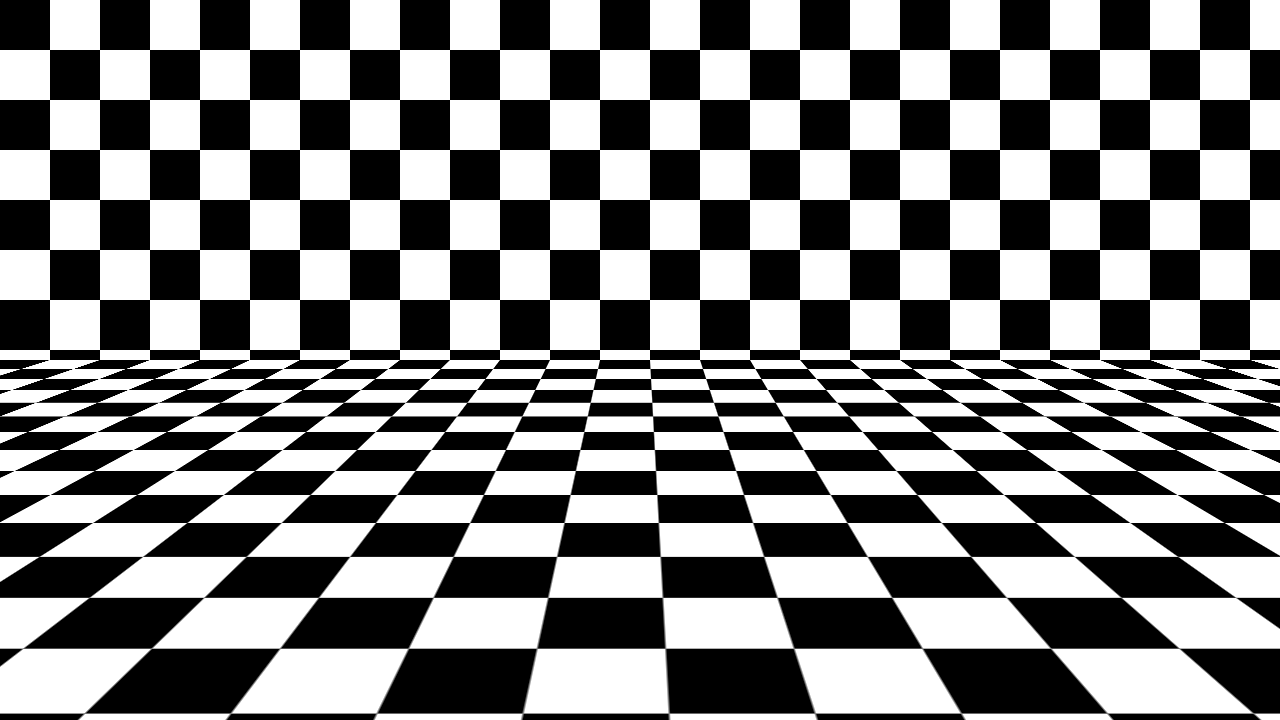
Repository: atwesson/portfoilo
Page: index.html
These files come from the project's save history. The page is drawn as it stood at one moment and after the next save; the edit follows.
The browser window is 1280 px wide. The pictures show the whole page.

Above is the page before, as saved 2021-11-17 10:13:45.

After the next save:
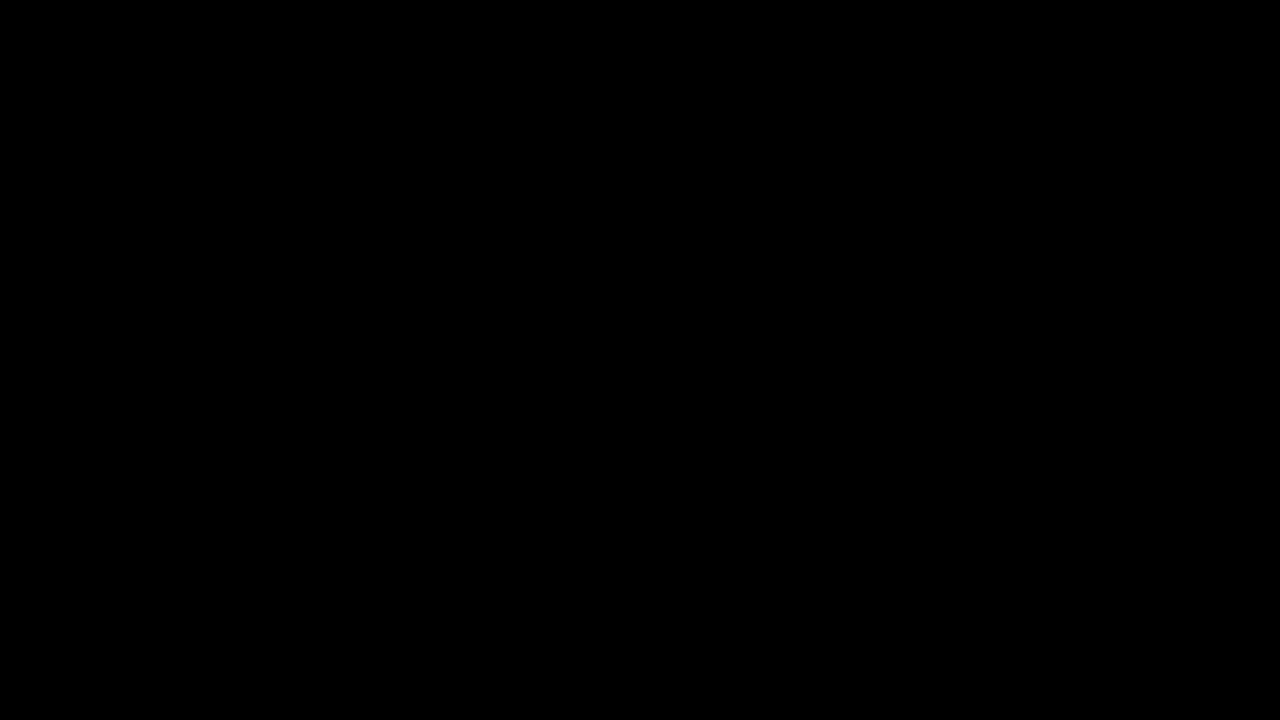
Saved 24 s later.
--- a/style.css
+++ b/style.css
@@ -24,7 +24,7 @@
     width: 100%;
     height: 50vh;
     background-color: black;
-    background: url(/assets/check.jpg);
+
     background-size: 100px 100px;
 }
 .pattern .face.face2{

After the 3 saves that followed:
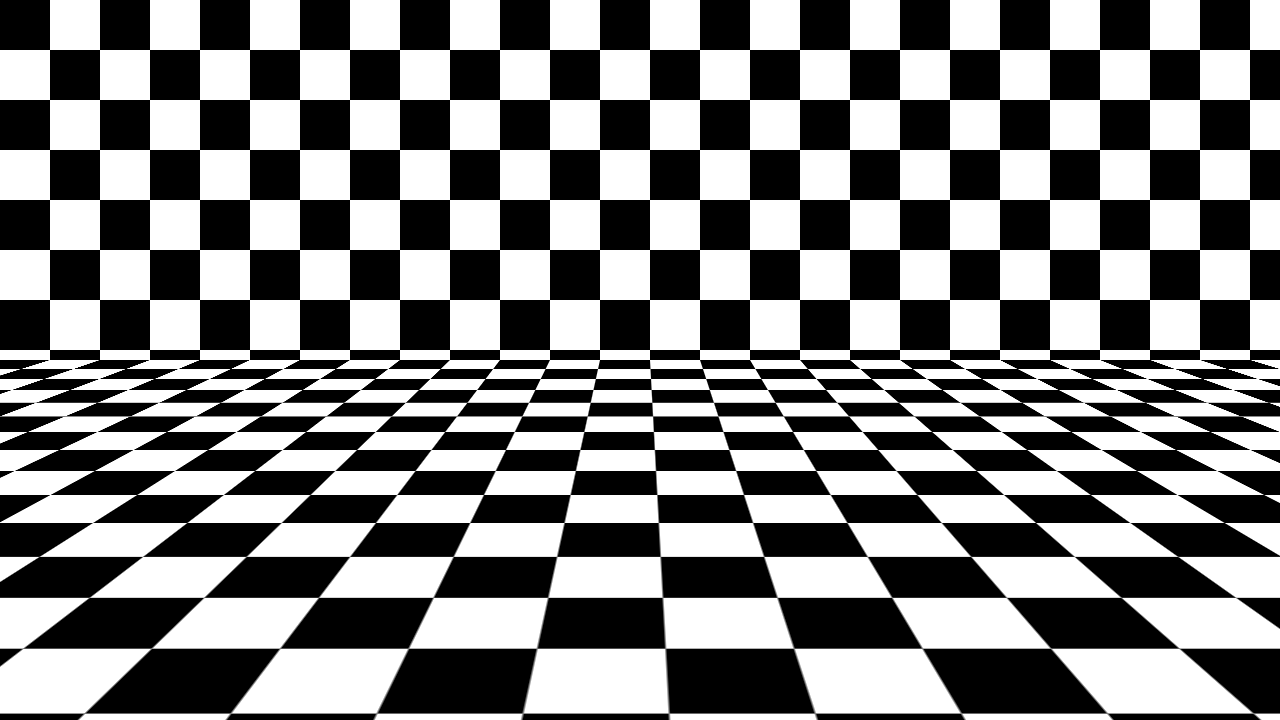
The 3 saves are shown as one change because 2 left the picture as it was.
The last was saved 30 s later.
--- a/style.css
+++ b/style.css
@@ -24,7 +24,7 @@
     width: 100%;
     height: 50vh;
     background-color: black;
-
+    background: url(/assets/check.jpg);
     background-size: 100px 100px;
 }
 .pattern .face.face2{
